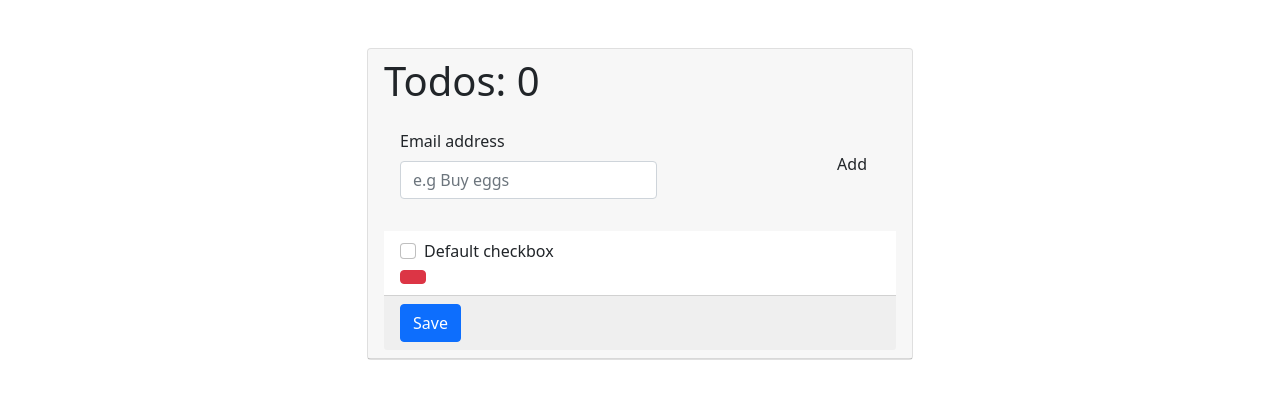
Repository: saidabbasun/TODO-react-redux
Page: /
The author's editor kept a copy of each file at every save. The page is drawn from the files as they stood at one save, then again after the next save.
The browser window is 1280 px wide. The pictures show the whole page.
The project was rebuilt for these pictures with package versions that can differ from the ones it lists, and the page was loaded fresh each time.

Above is the page before, as saved 2022-05-17 12:08:40.

After the next save:
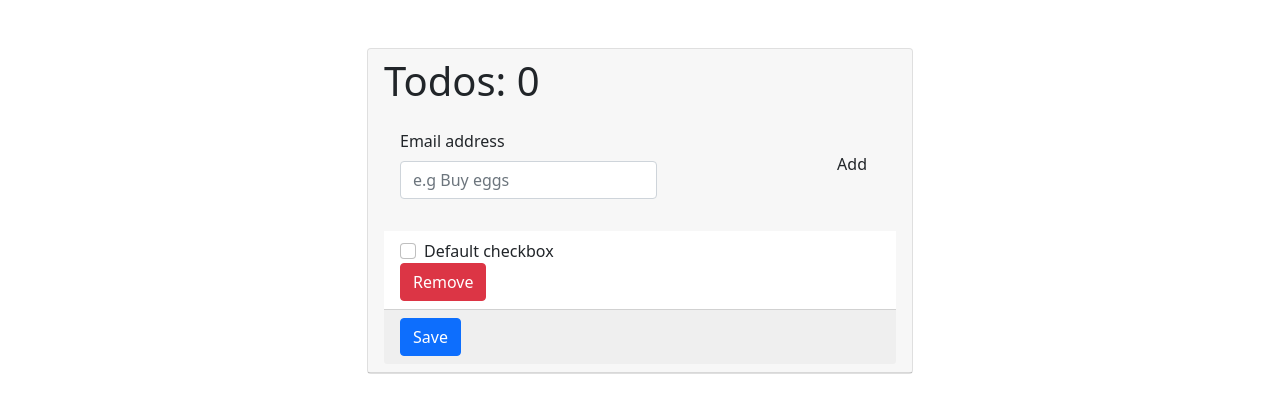
Saved 11 s later.
--- a/src/App.jsx
+++ b/src/App.jsx
@@ -23,7 +23,7 @@ function App() {
                        Default checkbox
                     </label>
                   </div>
-                  <button className="btn btn-danger"></button>
+                  <button className="btn btn-danger">Remove</button>
                     </li>
 
                   </ul>
